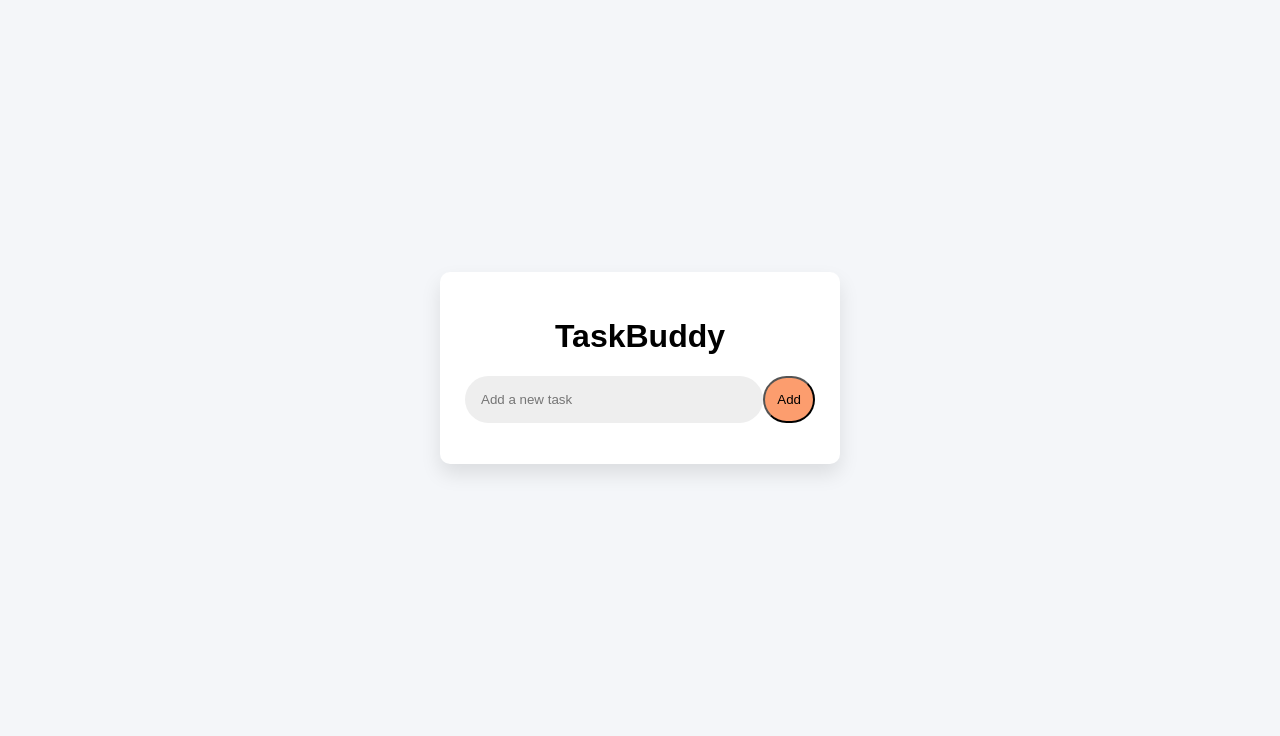
Repository: yogeshnandwani/taskbuddy-todo
Page: index.html
An editor plug-in stored every save of this project. The page is shown before and after a run of saves, followed by the edit.
The browser window is 1280 px wide. The pictures show the whole page.

Above is the page before, as saved 2026-03-16 17:29:26.

After the next 4 saves:
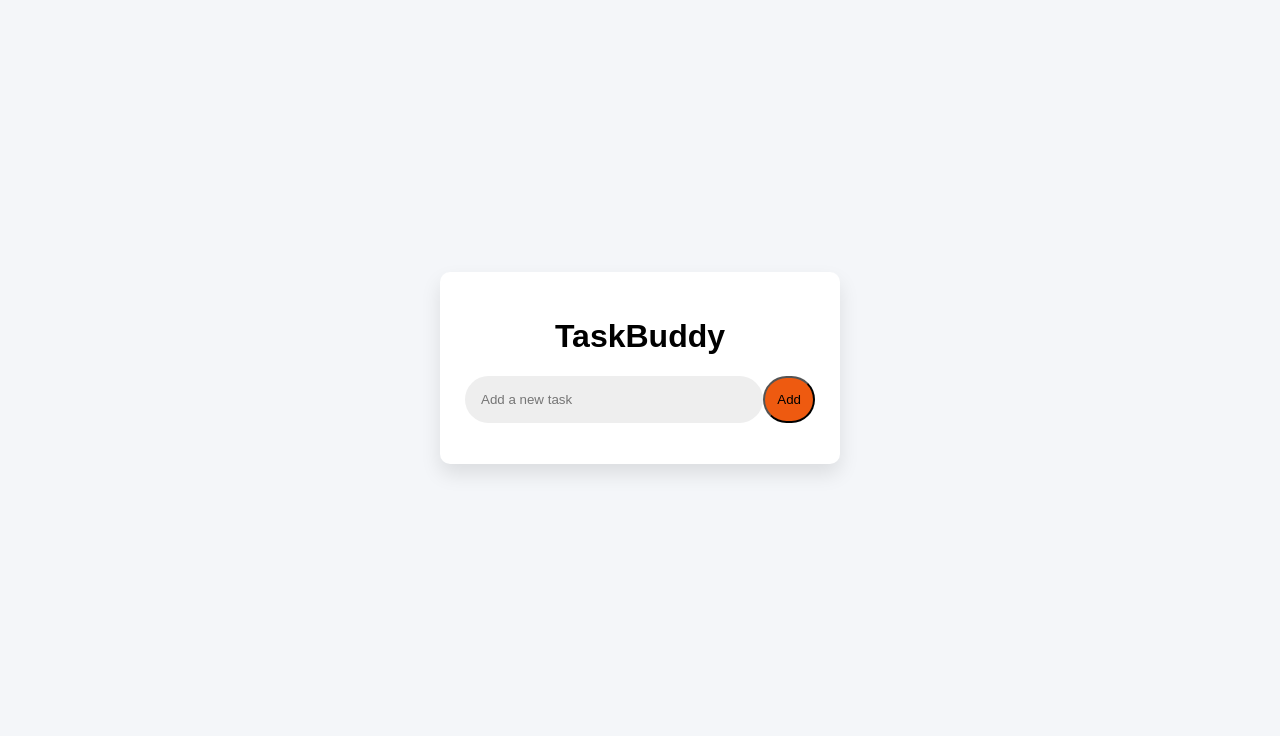
The 4 saves are shown as one change because they came seconds apart.
The last was saved 9 s later.
--- a/css/style.css
+++ b/css/style.css
@@ -35,7 +35,7 @@ input{
 button{
     padding:8px 12px;
     border-radius: 50px;
-    background-color: #fc9d6e;
+    background-color: #ee5a10;
     cursor:pointer;
 }
 
